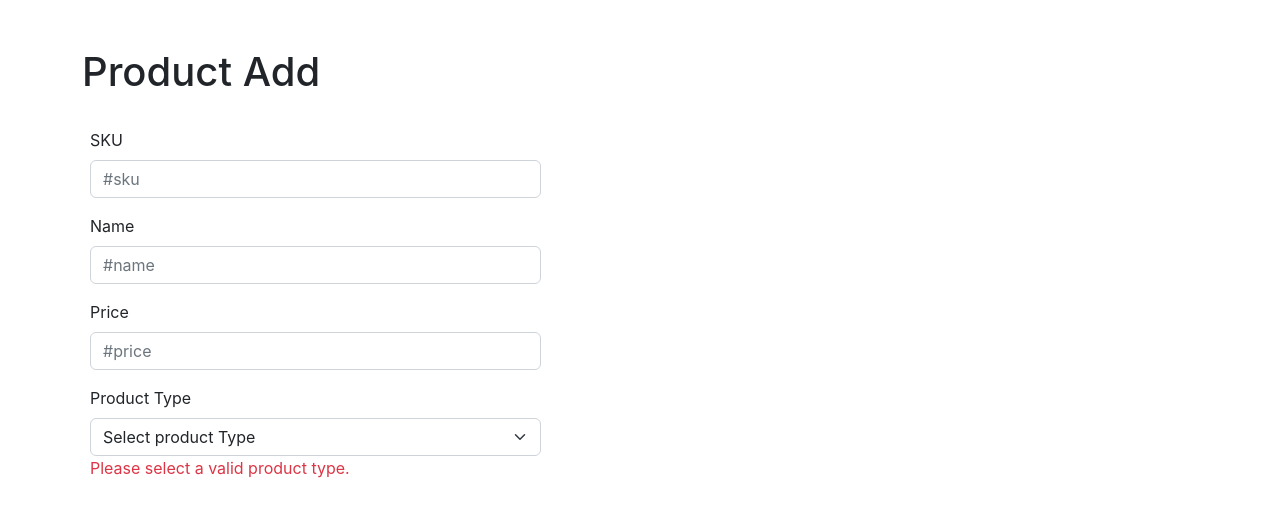
Repository: MagdyAbouelnasr/scandiweb_project
Page: /addproduct
An editor plug-in stored every save of this project. The page is shown before and after the next save, followed by the edit.
The browser window is 1280 px wide. The pictures show the whole page.
The project was rebuilt for these pictures with package versions that can differ from the ones it lists, and the page was loaded fresh each time. Also part of the build but not shown: src/App.css, src/components/Product/Product-style.scss, src/components/Product/Product.css, src/components/Pages/ProductList.jsx, src/components/ProductAdd/Book.component.jsx, src/components/ProductAdd/DVD.component.jsx, src/components/ProductAdd/Furniture.component.jsx, src/App.jsx.

Above is the page before, as saved 2023-05-09 01:19:11.

### public/index.html
<!DOCTYPE html>
<html lang="en">
  <head>
    <meta charset="utf-8" />
    <link rel="icon" href="%PUBLIC_URL%/favicon.ico" />
    <meta name="viewport" content="width=device-width, initial-scale=1" />
    <meta name="theme-color" content="#000000" />
    <meta
      name="description"
      content="Web site created using create-react-app"
    />
    <link rel="apple-touch-icon" href="%PUBLIC_URL%/logo192.png" />
    <!--
      manifest.json provides metadata used when your web app is installed on a
      user's mobile device or desktop. See https://developers.google.com/web/fundamentals/web-app-manifest/
    -->
    <link rel="manifest" href="%PUBLIC_URL%/manifest.json" />
    <!--
      Notice the use of %PUBLIC_URL% in the tags above.
      It will be replaced with the URL of the `public` folder during the build.
      Only files inside the `public` folder can be referenced from the HTML.

      Unlike "/favicon.ico" or "favicon.ico", "%PUBLIC_URL%/favicon.ico" will
      work correctly both with client-side routing and a non-root public URL.
      Learn how to configure a non-root public URL by running `npm run build`.
    -->
    <title>React App</title>
    <link
  rel="stylesheet"
  href="https://cdn.jsdelivr.net/npm/bootstrap@5.2.3/dist/css/bootstrap.min.css"
  integrity="sha384-rbsA2VBKQhggwzxH7pPCaAqO46MgnOM80zW1RWuH61DGLwZJEdK2Kadq2F9CUG65"
  crossorigin="anonymous"
/>
  </head>
  <body>
    <noscript>You need to enable JavaScript to run this app.</noscript>
    <div id="root"></div>
    <!--
      This HTML file is a template.
      If you open it directly in the browser, you will see an empty page.

      You can add webfonts, meta tags, or analytics to this file.
      The build step will place the bundled scripts into the <body> tag.

      To begin the development, run `npm start` or `yarn start`.
      To create a production bundle, use `npm run build` or `yarn build`.
    -->
  </body>
</html>

### src/index.js
import React from 'react';
import ReactDOM from 'react-dom/client';
import './index.scss';
import App from './App';
import {
  createBrowserRouter,
  RouterProvider,

} from "react-router-dom";
import ProductAdd from './components/Pages/ProductAdd';


const router = createBrowserRouter([
  {
    path: "/",
    element: <App />,
  },
  {
    path: "addproduct",
    element: <ProductAdd />,
  },
]);

const root = ReactDOM.createRoot(document.getElementById('root'));
root.render(
  <RouterProvider router={router} />
);

### src/index.scss
$background-default: #D5D5D5;


body {
  margin: 0;
  font-family: -apple-system, BlinkMacSystemFont, 'Segoe UI', 'Roboto', 'Oxygen',
    'Ubuntu', 'Cantarell', 'Fira Sans', 'Droid Sans', 'Helvetica Neue',
    sans-serif;
  -webkit-font-smoothing: antialiased;
  -moz-osx-font-smoothing: grayscale;
}

code {
  font-family: source-code-pro, Menlo, Monaco, Consolas, 'Courier New',
    monospace;
}

.fade-in {
  opacity: 0;
  transition: opacity 0.3s ease-in-out;
  &.fade-in-active {
    opacity: 1;
  }
}

### src/components/Pages/ProductAdd.jsx
// import { useNavigate } from 'react-router-dom';
// import { useState } from 'react';
// import Form from 'react-bootstrap/Form';
// import SelectProductType from '../ProductAdd/Selectcmp';
// import Button from 'react-bootstrap/Button';
// import axios from 'axios';

// function ProductAdd() {
//   const navigate = useNavigate();

//   const  [inputs , setInputs] = useState({});

//   const handleChange = (e) => {
//     const name = e.target.name;
//     const value = e.target.value;
//     setInputs(values => ({values, [name]: value}))
//   }
//   const handleSubmit = (e) => {
//     e.preventDefault();
//     axios.post('http://localhost:8000/addproduct', inputs).then((response)=>{
//       console.log(response.data);
//       navigate('/');
//     });

//     // console.log(inputs)
//   }



//   return (
//     <Form id="product_form" onSubmit={handleSubmit}>
//     <div className="container mt-5">
//       <div className="row">
//       <h1 className="page-header text-header col-md-8 text-start ">Product Add</h1>
//       <div className='col-4 float-end'>
//         <Button  type="submit" className='p-2 ms-2' variant="primary" size="sm">
//           Add
//         </Button>
//         <Button onClick={()=> navigate(-1)}  className='p-2 ms-2' variant="secondary" size="sm">
//           Cancel
//         </Button>
//       </div>
//       </div>
//     <br/>
//     <div className="row">

//     <div className="col-md-5 mx-2">
//       <Form.Group className="mb-3 mx-left" id="productInputSKU">
//         <Form.Label>SKU</Form.Label>
//         <Form.Control type="text" name="sku" placeholder="#sku" onChange={handleChange} />
//       </Form.Group>
//       <Form.Group className="mb-3" id="productInputName">
//         <Form.Label>Name</Form.Label>
//         <Form.Control type="text" name="name" placeholder="#name" onChange={handleChange} />
//       </Form.Group>
//       <Form.Group className="mb-3" id="productInputPrice">
//         <Form.Label>Price</Form.Label>
//         <Form.Control type="number" name="price" placeholder="#price" onChange={handleChange} />
//       </Form.Group>
//       <Form.Group className="mb-3" id="ProductType">
//       <Form.Label>Product Type</Form.Label>
//         <SelectProductType/>
//       </Form.Group>
//     </div>
//     </div>
//     </div>
//     </Form>
//   );
// }

// export default ProductAdd;
import { useNavigate } from 'react-router-dom';
import { useState } from 'react';
import Form from 'react-bootstrap/Form';
import SelectProductType from '../ProductAdd/Selectcmp';
import Button from 'react-bootstrap/Button';
import axios from 'axios';

function ProductAdd() {
  const navigate = useNavigate();

  const [inputs, setInputs] = useState({});
  const [errors, setErrors] = useState({});

  const handleChange = (e) => {
    console.log(e.target.value);
    console.log(e.target.name);
    const name = e.target.name;
    const value = e.target.value;

    setInputs((values) => ({ ...values, [name]: value }));
    validate()
    };

    // const handleRecievedData = (e) =>{
    //   const name = e.target.name;
    //   const value = e.target.value;
    //   setInputs((values) => ({ ...values, [name]: value }));
    //   console.log(e.name, e.value);
    // }

  // Form validation function
  const validate = () => {
    let newErrors = {};
    if (!inputs.sku) newErrors.sku = 'SKU is required';
    if (inputs.sku && inputs.sku.length > 9) newErrors.sku = 'SKU must be at most 9 characters';
    if (!inputs.name) newErrors.name = 'Name is required';
    if (inputs.price === undefined || inputs.price === '') newErrors.price = 'Price is required';
    if (inputs.price < 0) newErrors.price = 'Price cannot be negative';
    if (!inputs.product_attribute_value) newErrors.ProductType = 'please select a ProductType and provide a value';
    setErrors(newErrors);
    return Object.keys(newErrors).length === 0;
  };

  const handleSubmit = (e) => {
    e.preventDefault();
    if (validate()) {
      axios.post('http://localhost:8000/addproduct', inputs).then((response) => {
        console.log(response.data);
        navigate('/');
      });
    }
  };

  return (
    <Form id="product_form" onSubmit={handleSubmit}>
      <div className="container  mt-5">
        <div className="row position-relative">
          <h1 className="page-header text-header col-md-8 text-start ">Product Add</h1>
          <div className="col-4 float-end position-absolute end-100">
            <Button type="submit" className="p-2 ms-2" variant="primary" size="sm">
              Add
            </Button>
            <Button
              onClick={() => navigate(-1)}
              className="p-2 ms-2"
              variant="secondary"
              size="sm"
            >
              Cancel
            </Button>
          </div>
        </div>
        <br />
        <div className="row">
          <div className="col-md-5 mx-2">
            <Form.Group className="mb-3 mx-left" id="productInputSKU">
              <Form.Label>SKU</Form.Label>
              <Form.Control
                type="text"
                name="sku"
                maxLength="9"
                placeholder="#sku"
                onChange={handleChange}
                required
              />
              {errors.sku && <Form.Text className="text-danger">{errors.sku}</Form.Text>}
            </Form.Group>
            <Form.Group className="mb-3" id="productInputName">
              <Form.Label>Name</Form.Label>
              <Form.Control
                type="text"
                name="name"
                placeholder="#name"
                onChange={handleChange}
                required
              />
              {errors.name && <Form.Text className="text-danger">{errors.name}</Form.Text>}
            </Form.Group>
            <Form.Group className="mb-3" id="productInputPrice">
              <Form.Label>Price</Form.Label>
              <Form.Control
                type="number"
                name="price"
                step="0.01"
                min="0"
                placeholder="#price"
                onChange={handleChange}
                required
              />
              {errors.price && <Form.Text className="text-danger">{errors.price}</Form.Text>}
            </Form.Group>
            <Form.Group className="mb-3" id="ProductType">
              <Form.Label>Product Type</Form.Label>
              <SelectProductType onChange={handleChange}
                required
                name="ProductType"/>
              {errors.ProductType && <Form.Text className="text-danger">{errors.ProductType}</Form.Text>}

            </Form.Group >
          </div>
        </div>
      </div>
    </Form>
  );
}

export default ProductAdd;

### src/components/ProductAdd/Selectcmp.jsx
import React, { useState, useEffect } from "react";
import Form from "react-bootstrap/Form";
import BookComponent from "./Book.component";
import DVDComponent from "./DVD.component";
import FurnitureComponent from "./Furniture.component";

const SelectProductType = (props) => {


  const [type, setType] = useState("selectProductType");
  const [DVDVisible, setDVDVisibility] = useState(false);
  const [bookVisible, setBookVisibility] = useState(false);
  const [FurnitureVisible, setFurnitureVisibility] = useState(false);
  const [isValid, setIsValid] = useState(false);

  const getData = (e) => {
    props.onChange(e);
  };

  useEffect(() => {
    if (["DVD", "Book", "Furniture"].includes(type)) {
      setIsValid(true);
    } else {
      setIsValid(false);
    }
    setDVDVisibility(type === "DVD");
    setBookVisibility(type === "Book");
    setFurnitureVisibility(type === "Furniture");
  }, [type]);

  const handleOnChange = (e) => {
    setType(e.target.value);
    props.onChange(e);
  };

  const [weightData, setWeightData] = useState({});

  const handleWeightChange = (data) => {
    // setWeightData(data);
    // console.log(weightData, 'weight data');
    getData(data);
  };

  return (
    <>
      <Form.Group className="mb-3" id="productInputName">
        <Form.Select
          aria-label="select product type"
          value={type}
          onChange={handleOnChange}
          required
          name="product_type"
        >
          <option value="selectProductType">Select product Type</option>
          <option value="DVD">DVD</option>
          <option value="Book">Book</option>
          <option value="Furniture">Furniture</option>
        </Form.Select>
        {!isValid && (
          <p className="text-danger">
            Please select a valid product type.
          </p>
        )}
        <div>
          {bookVisible && <BookComponent onWeightChange={handleWeightChange} onChange={getData}/>}
          {DVDVisible && <DVDComponent />}
          {FurnitureVisible && <FurnitureComponent />}
        </div>
      </Form.Group>
    </>
  );
};

export default SelectProductType;

### src/components/Product/Product.jsx
import './Product-style.scss';
import './Product.css';
import * as React from 'react';
import Box from '@mui/material/Box';
import Card from '@mui/material/Card';
import CardActions from '@mui/material/CardActions';
import CardContent from '@mui/material/CardContent';
import Typography from '@mui/material/Typography';
import IconButton from '@mui/material/IconButton';
import CropSquareIcon from '@mui/icons-material/CropSquare';
import { useState } from 'react';


const bull = (
  <Box
  component="span"
  sx={{ display: 'inline-block', mx: '2px', transform: 'scale(0.8)' }}
  >
    •
  </Box>
);


const ProductCard = ({ id, sku, name, price, product_attribute, typeValue, selectedProducts }) => {
  const selectedProduct = () => {
    selectedProducts(id)
   }
  return (
    <>
      <CardContent>
        <CardActions>
          <IconButton aria-label="select to delete" className="delete-checkbox" onClick={selectedProduct}>
            <CropSquareIcon />
          </IconButton>
        </CardActions>
        <Typography sx={{ fontSize: 14 }} color="text.secondary" gutterBottom>
          SKU: {sku}
        </Typography>
        {bull}
        <Typography wrap="true" sx={{}} variant="h5" component="div" >
          {name}
        </Typography>
        {bull}
        <Typography sx={{ mb: 1.5 }} color="text.secondary">
          Price: {price}$
        </Typography>
        {bull}
        <Typography variant="body2">
          {product_attribute}: {typeValue} {console.log(product_attribute)}
        </Typography>
      </CardContent>
    </>
  );
};

const Product = ({ product , selectedProducts}) => {

  const selectedProductsDelete = (data) => {
    selectedProducts(data);
  }
// console.log(selectedProducts);
  return (
    <Box sx={{m:2, minWidth: 270, maxWidth: 270 }}>
      <Card variant="outlined">
        <ProductCard selectedProducts={selectedProductsDelete} id={product.id} sku={product.sku} name={product.name} price={product.price} product_attribute={product.product_attribute} typeValue={product.product_attribute_value} />
      </Card>
    </Box>
  );
};

export default Product;

After the next save:
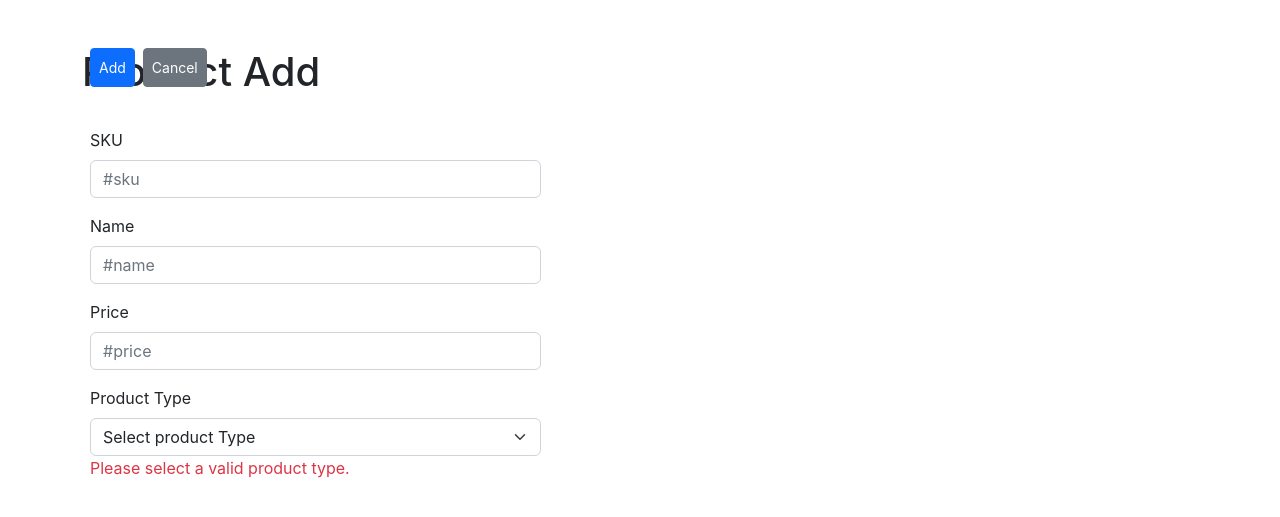
Saved 8 s later.
--- a/src/components/Pages/ProductAdd.jsx
+++ b/src/components/Pages/ProductAdd.jsx
@@ -127,7 +127,7 @@ function ProductAdd() {
       <div className="container  mt-5">
         <div className="row position-relative">
           <h1 className="page-header text-header col-md-8 text-start ">Product Add</h1>
-          <div className="col-4 float-end position-absolute end-100">
+          <div className="col-4 float-end position-absolute end-80">
             <Button type="submit" className="p-2 ms-2" variant="primary" size="sm">
               Add
             </Button>
